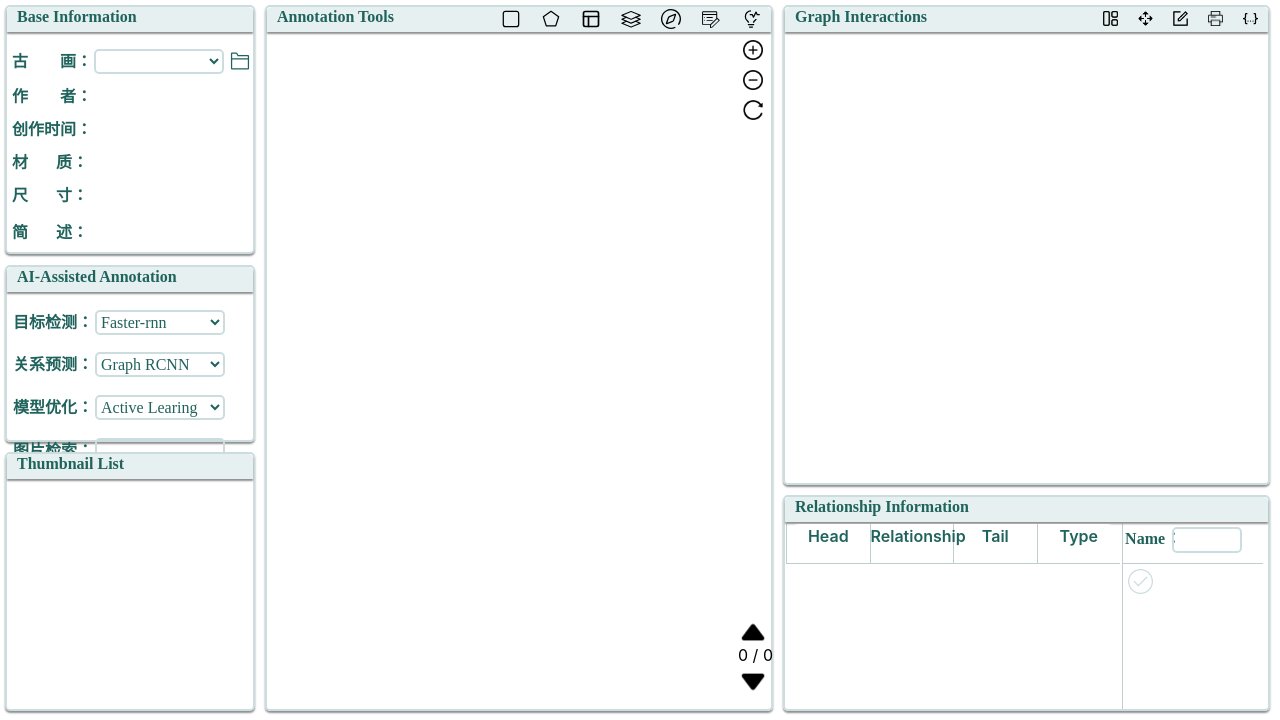
Repository: cailbh/ImageLabelTool
Page: /
An editor plug-in stored every save of this project. The page is shown before and after the next save, followed by the edit.
The browser window is 1280 px wide. The pictures show the whole page.
The project was rebuilt for these pictures with package versions that can differ from the ones it lists, and the page was loaded fresh each time.

Above is the page before, as saved 2022-11-15 10:10:23.

After the next save:
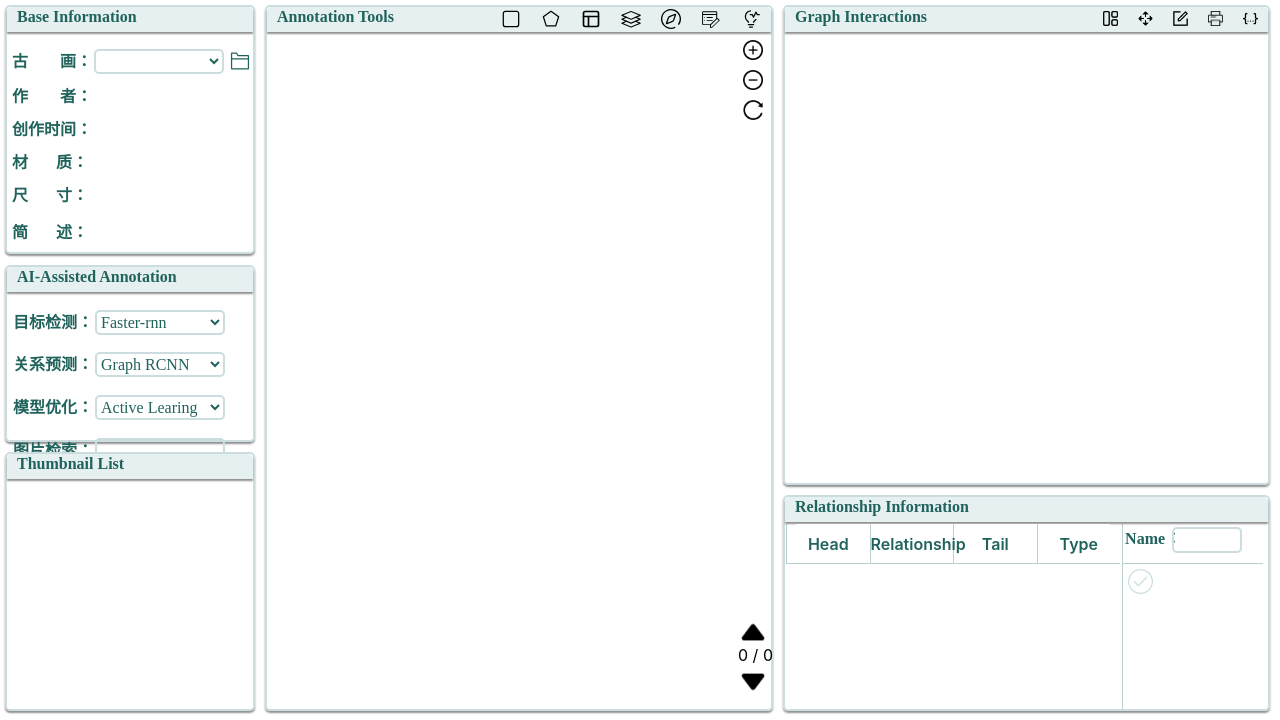
Saved 54 s later.
--- a/src/component/GraphRelationship/index.css
+++ b/src/component/GraphRelationship/index.css
@@ -132,7 +132,6 @@
     font-size: 16px;
     line-height: 40px;
     font-variant: tabular-nums;
-    line-height: 1.5715;
     font-feature-settings: "tnum";
     font-family: SourceHanSerifCN-Heavy, SourceHanSerifCN;
     border-bottom: 1px rgba(32,99,92,0.3) solid;
